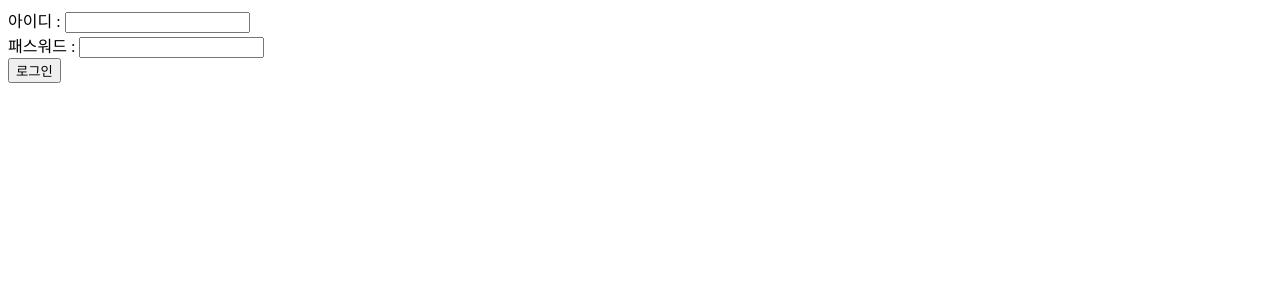
Repository: ifpi98/java_e
Page: jspproject/src/main/webapp/login.html
An editor plug-in stored every save of this project. The page is shown before and after the next save, followed by the edit.
The browser window is 1280 px wide. The pictures show the whole page.

Above is the page before, as saved 2023-07-06 07:21:59.

### jspproject/src/main/webapp/login.html
<!DOCTYPE html>
<html>
<head>
<meta charset="utf-8">
<title>Insert title here</title>
</head>
<body>

<form action="/jspproject/hello">
	아이디 : <input type="text" name="id"><br>
	패스워드 : <input type="password" name="pw"><br>
	<input type="submit" value="로그인">

</form>

</body>
</html>

After the next save:
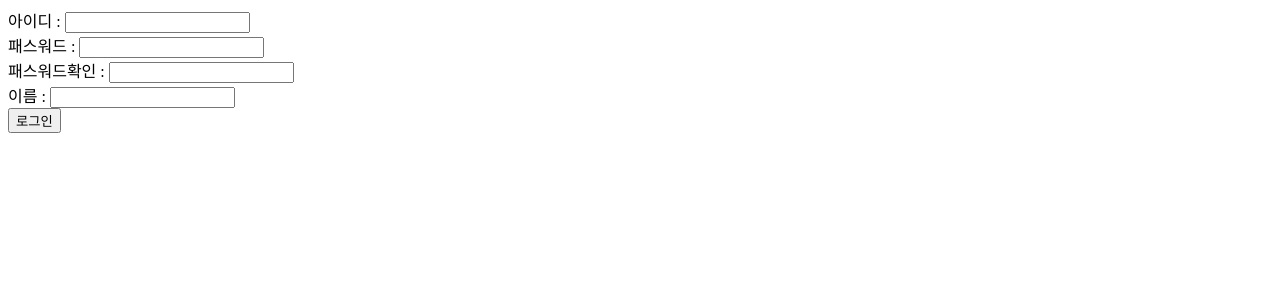
Saved 10 min 4 s later.
--- a/jspproject/src/main/webapp/login.html
+++ b/jspproject/src/main/webapp/login.html
@@ -9,6 +9,8 @@
 <form action="/jspproject/hello">
 	아이디 : <input type="text" name="id"><br>
 	패스워드 : <input type="password" name="pw"><br>
+	패스워드확인 : <input type="password" name="pw2"><br>
+	이름 : <input type="text" name="name"><br>
 	<input type="submit" value="로그인">
 
 </form>
